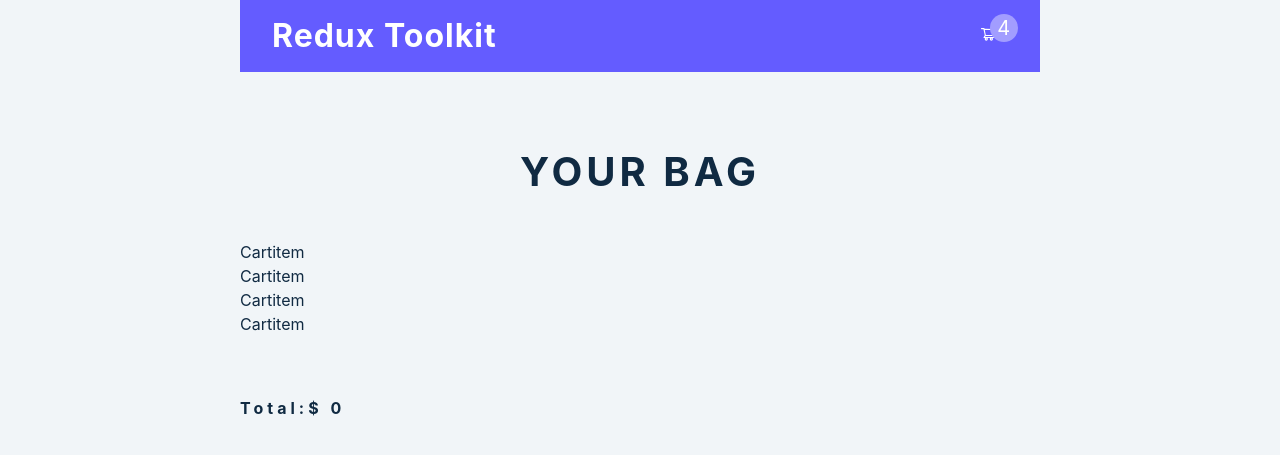
Repository: Nurlan-Bakenbaev/ReduxToolit
Page: /
An editor plug-in stored every save of this project. The page is shown before and after a run of saves, followed by the edit.
The browser window is 1280 px wide. The pictures show the whole page.
The project was rebuilt for these pictures with package versions that can differ from the ones it lists, and the page was loaded fresh each time.

Above is the page before, as saved 2023-11-08 23:27:16.

After the next 4 saves:
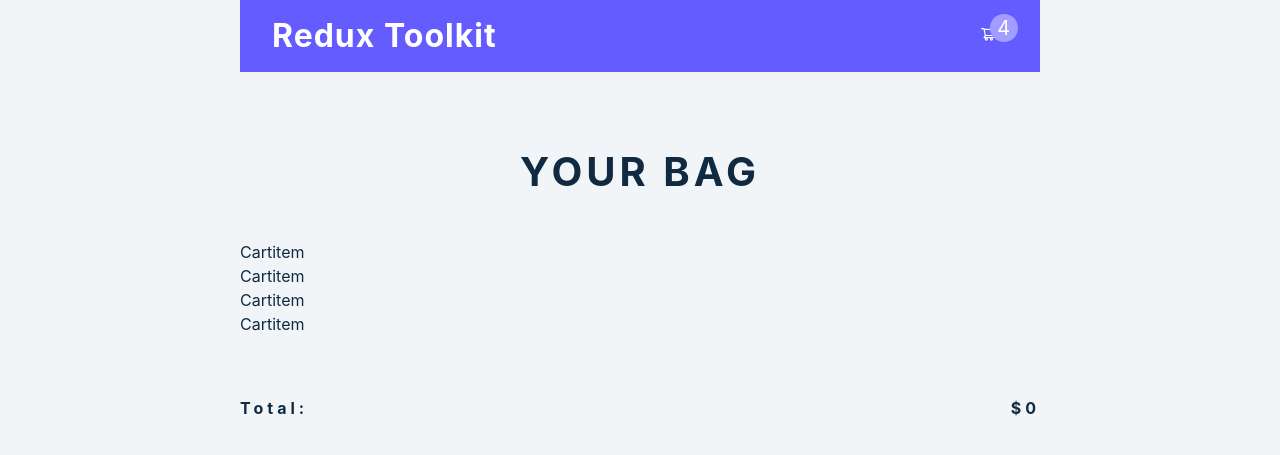
The 4 saves are shown as one change because they came seconds apart.
The last was saved 32 s later.
--- a/src/components/CartContainer.js
+++ b/src/components/CartContainer.js
@@ -25,7 +25,7 @@
       ))}
       <footer>
         <div className="cart-total">
-          <h4>total:$ {total} </h4>
+          <h4>total:<span></span>${total} </h4>
         </div>
       </footer>
     </section>
